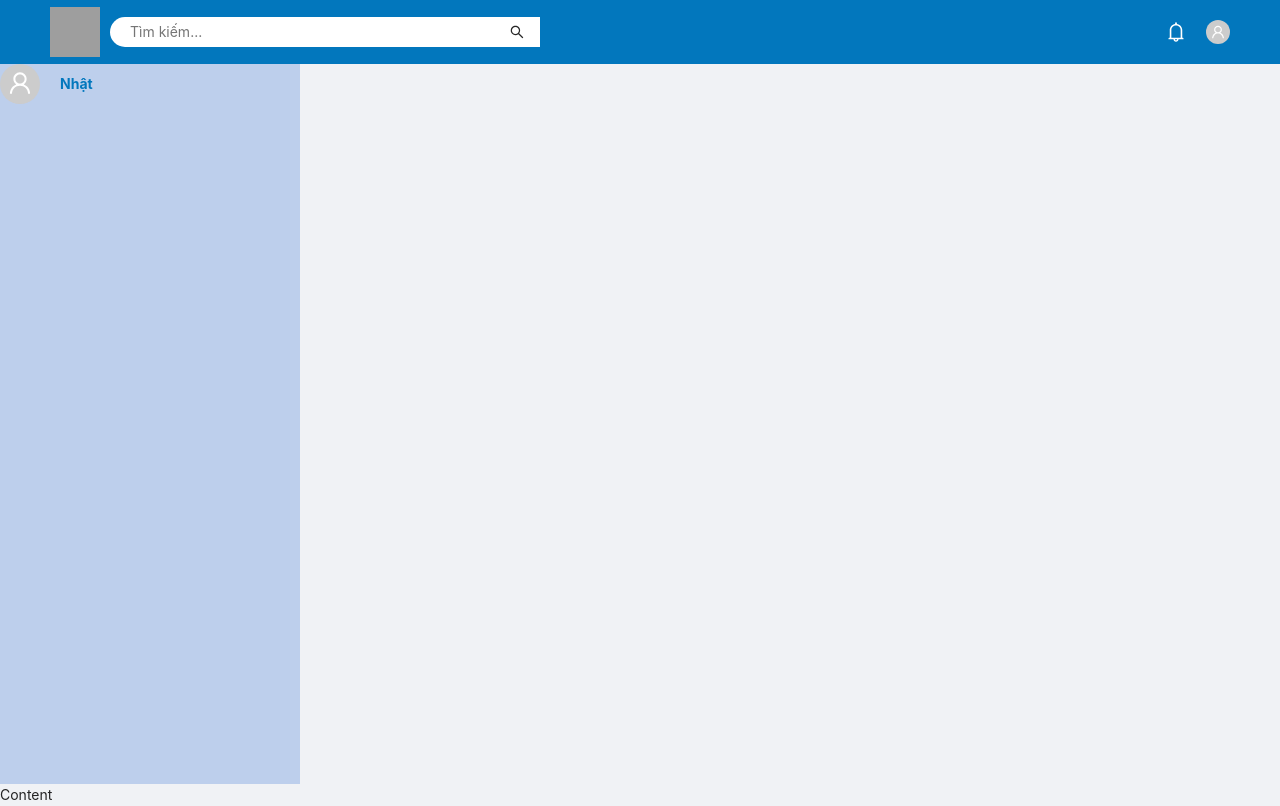
Repository: baonhat27/SocialNetwork_FE
Page: /home
An editor plug-in stored every save of this project. The page is shown before and after the next save, followed by the edit.
The browser window is 1280 px wide. The pictures show the whole page.
Pictures or frames that could not be fetched are drawn as grey boxes. The project was rebuilt for these pictures with package versions that can differ from the ones it lists, and the page was loaded fresh each time. Also part of the build but not shown: src/containers/home/component/HomeComponent.module.css, src/containers/loginPage/component/LoginPageComponent.module.css, src/components/Input/Input.module.css, src/components/Input/Input.js, src/components/Button/Button.module.css, src/components/Button/Button.js, src/containers/loginPage/component/LoginPageComponent.js, src/containers/loginPage/LoginPageContainer.js.

Above is the page before, as saved 2022-03-09 21:25:32.

After the next save:
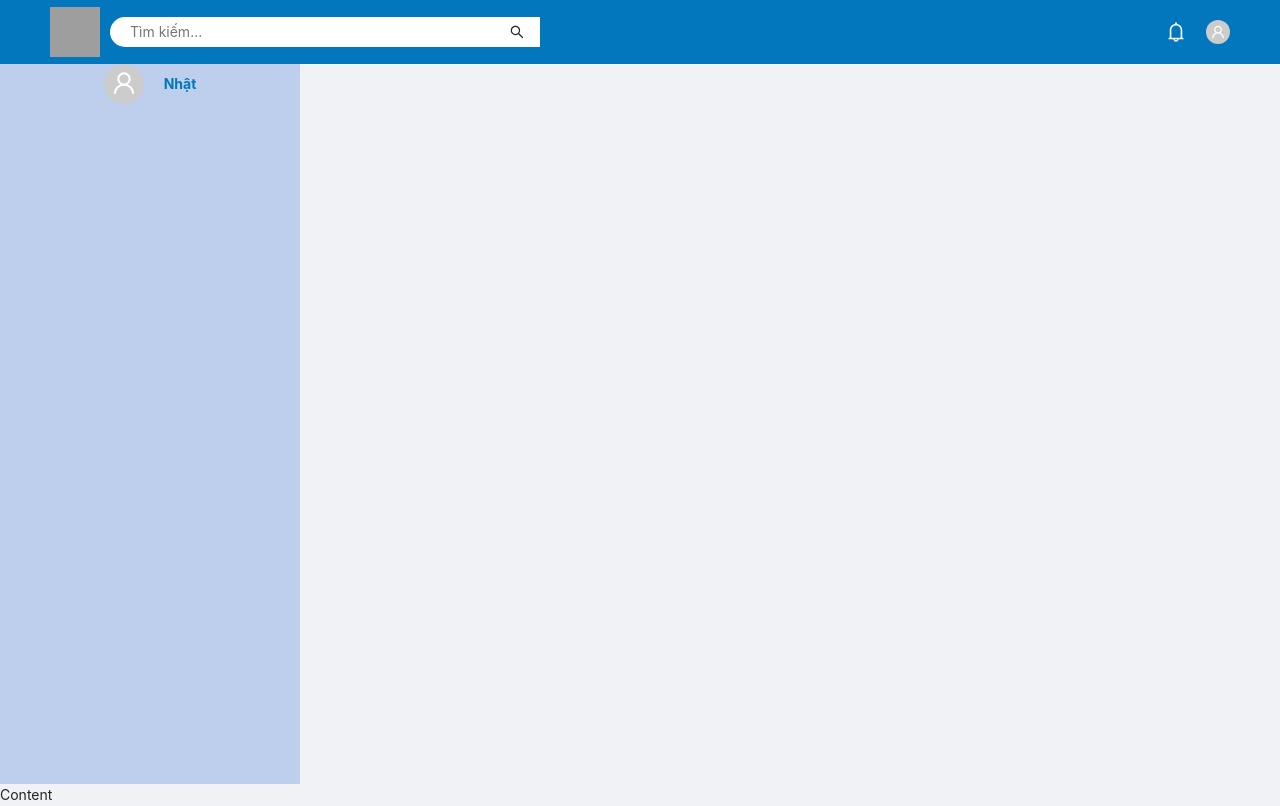
Saved 8 s later.
--- a/src/containers/sider/component/Sider.module.css
+++ b/src/containers/sider/component/Sider.module.css
@@ -8,6 +8,8 @@
 }
 .user_info{
     display: flex;
+    justify-content: center;
+    align-items: center;
 }
 .user_name{
     margin-left: 20px;

After the 2 saves that followed:
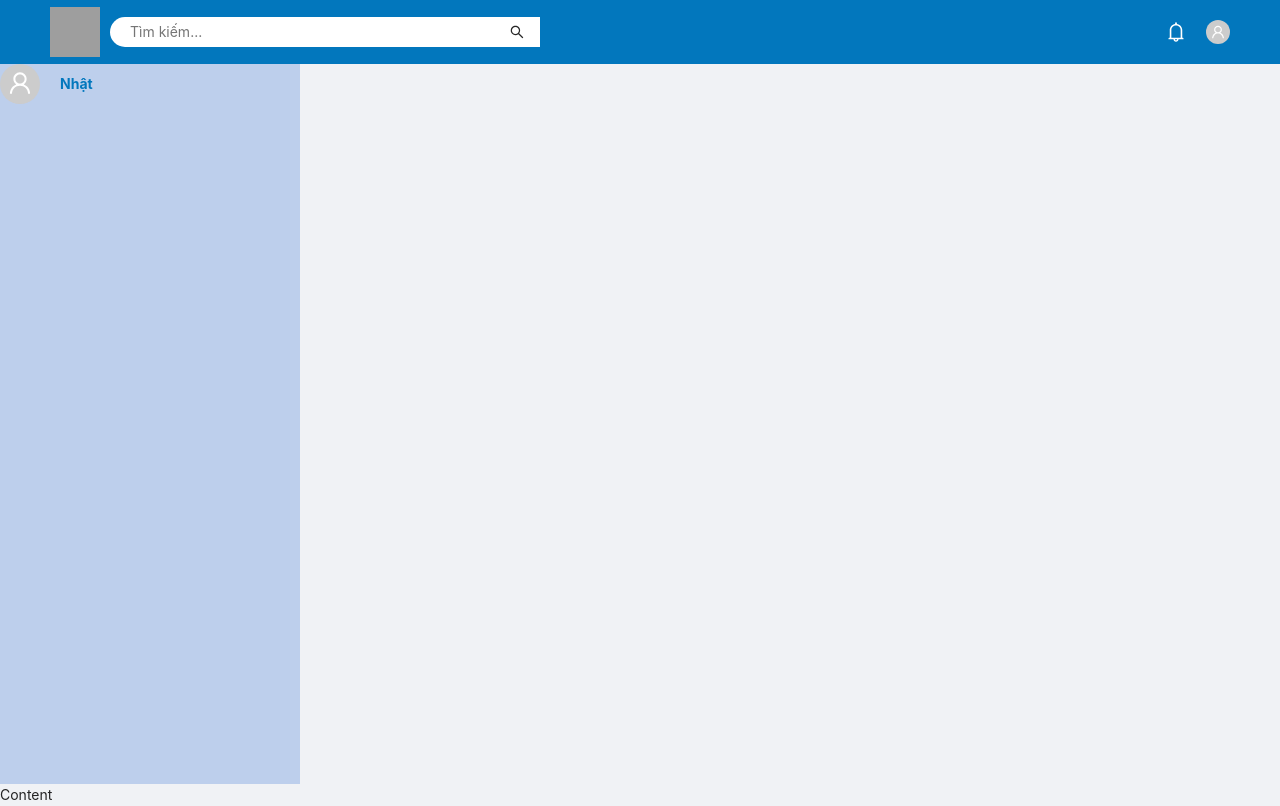
The 2 saves are shown as one change because 1 left the picture as it was.
The last was saved 18 s later.
--- a/src/containers/sider/component/Sider.module.css
+++ b/src/containers/sider/component/Sider.module.css
@@ -8,8 +8,6 @@
 }
 .user_info{
     display: flex;
-    justify-content: center;
-    align-items: center;
 }
 .user_name{
     margin-left: 20px;
